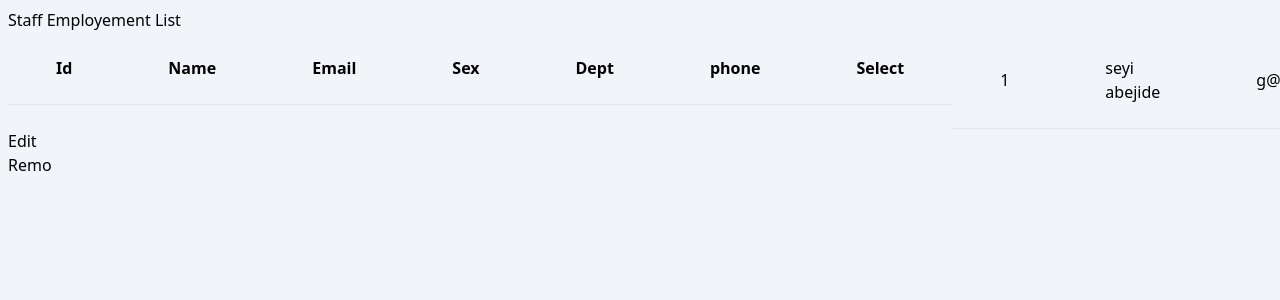
Repository: Semanmernstack/crud
Page: /
The author's editor kept a copy of each file at every save. The page is drawn from the files as they stood at one save, then again after the next save.
The browser window is 1280 px wide. The pictures show the whole page.
The project was rebuilt for these pictures with package versions that can differ from the ones it lists, and the page was loaded fresh each time. Requests to the local data server were answered from the project's data file. Also part of the build but not shown: src/Details.js, src/Create.js, src/Edit.js.

Above is the page before, as saved 2022-12-24 00:48:14.

### src/App.js
import List from "./List";
import {
  BrowserRouter,
  Routes,
  Route,

} from "react-router-dom";
import Details from "./Details";
import Create from "./Create";
import Edit from "./Edit";



function App() {
  return (
    <div className="bg-slate-100 h-screen">
      <BrowserRouter>

      <Routes>
        <Route path="/" element={<List/>}> </Route>
        <Route path="/employee/create" element={<Create/>}> </Route>
        <Route path="/employee/details/:empid" element={<Details/>}> </Route>
        <Route path="/employee/edit/:empid" element={<Edit/>}> </Route>
      </Routes>
      </BrowserRouter>

    </div>
  );
}

export default App;

### src/List.js

import React, { useEffect, useState } from 'react'

function List() {
    const [records, setRecords] = useState("")

    useEffect(() => {
        fetch("http://localhost:8000/employee").then((res) => {
            return res.json()
        }).then((resp) => {
            console.log(resp)
            setRecords(resp)

        })

    }, [])
  return (
    <div className="overflow-x-hidden lg:max-w-7xl mx-auto  p-2 items-center   ">

        <p>Staff Employement List</p>


        <table className="  w-[100%]  border-1  flex  " >

            <thead>
                <tr className="border-b">
                    <th scope='col' className=" lg:py-6 lg:px-12 py-3 px-6">Id</th>
                    <th scope='col' className=" lg:py-6 lg:px-12 py-3 px-6">Name</th>
                    <th scope='col' className=" lg:py-6 lg:px-12 py-3 px-6">Email</th>
                    <th scope='col' className=" lg:py-6 lg:px-12 py-3 px-6">Sex</th>
                    <th scope='col' className=" lg:py-6 lg:px-12 py-3 px-6">Dept</th>
                    <th scope='col' className=" lg:py-6 lg:px-12 py-3 px-6">phone</th>
                    <th scope='col' className=' lg:py-6 lg:px-12 py-3 px-6'>Select</th>

                </tr>
            </thead>
            <tbody>
                {
                    records &&
                    records.map((record) => (
                    <tr className="border-b" key={record.id}>
                        <td className=" lg:py-6 lg:px-12 py-3 px-6">{record.id}</td>
                        <td className=" lg:py-6 lg:px-12 py-3 px-6" >{record.name}</td>
                        <td className=" lg:py-6 lg:px-12 py-3 px-6">{record.email}</td>
                        <td className=" lg:py-6 lg:px-12 py-3 px-6">{record.sex}</td>
                        <td className=" lg:py-6 lg:px-12 py-3 px-6">{record.dept}</td>
                        <td className=" lg:py-6 lg:px-12 py-3 px-6">{record.phone}</td>
                    </tr>
                    ))
                }

            </tbody>

        </table>

        <div>
            <p>Edit</p>
            <p>Remo</p>
        </div>


    </div>
  )
}

export default List

### db.json
{
  "employee": [
    {
      "id": 1,
      "name": "seyi abejide",
      "email": "g@mail.com",
      "phone": "09028395899",
      "dept": "egineering",
      "sex": "male"

    }
  ]

}

Loaded but not shown: public/index.html (common file); src/index.js (common file); src/index.css (common file); src/reportWebVitals.js (common file); tailwind.config.js (common file)

After the next save:
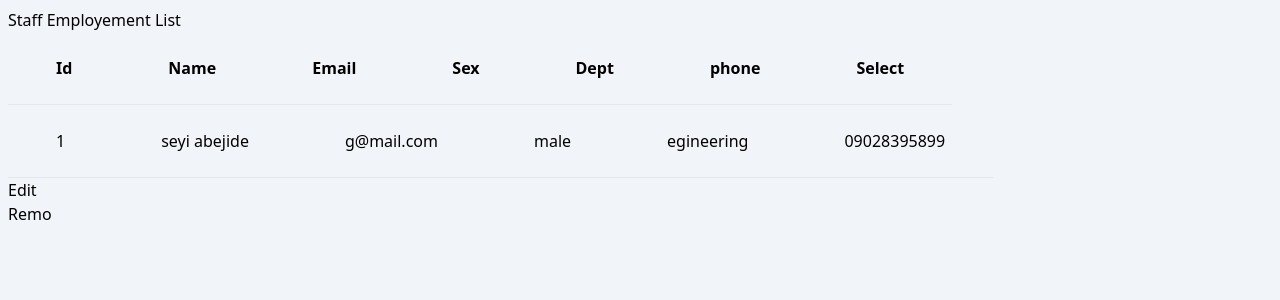
Saved 27 s later.
--- a/src/List.js
+++ b/src/List.js
@@ -20,7 +20,7 @@ function List() {
         <p>Staff Employement List</p>
 
 
-        <table className="  w-[100%]  border-1  flex  " >
+        <table className="  w-[100%]  border-1  flex flex-col " >
 
             <thead>
                 <tr className="border-b">
